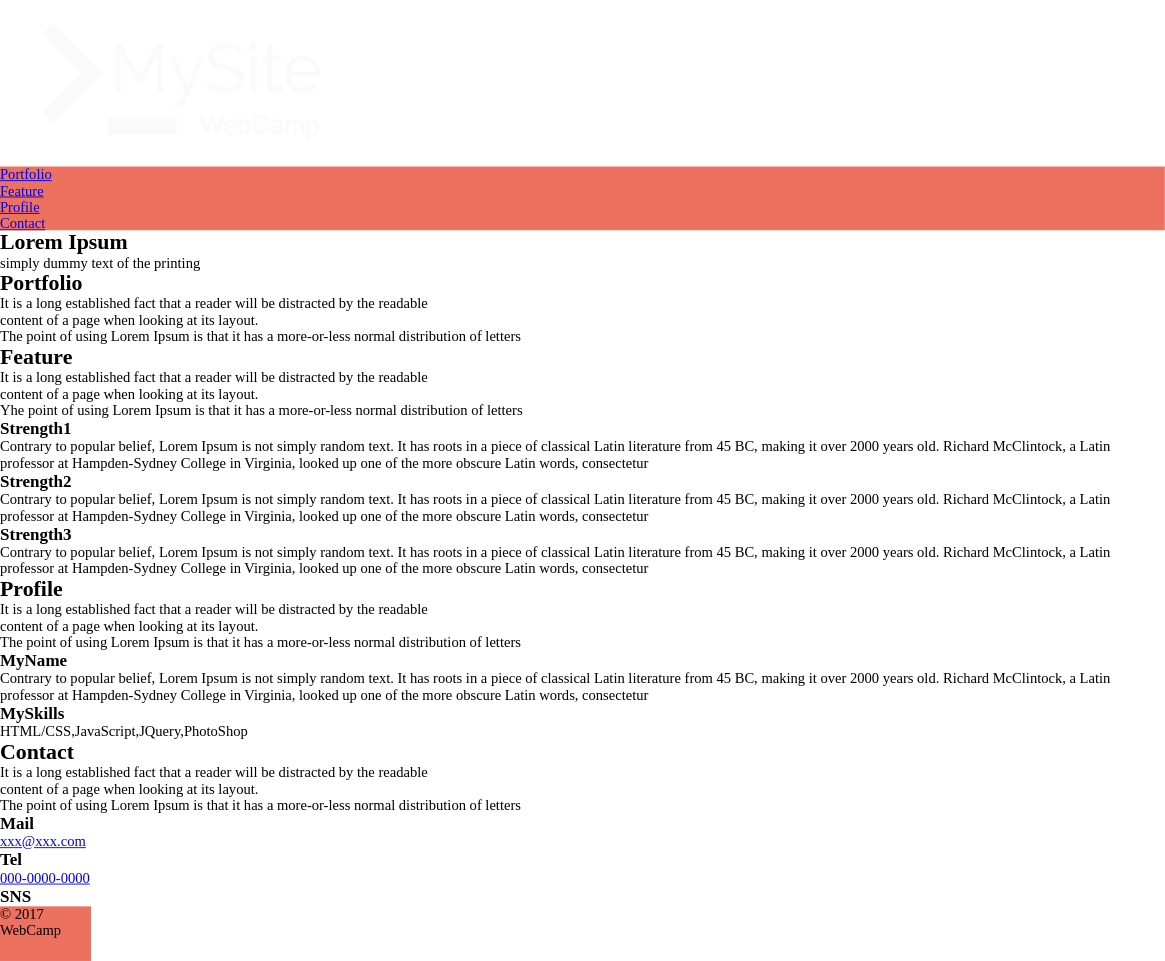
Repository: zero-0017/git-practice
Page: Web/index.html
The author's editor kept a record of every edit. The page is drawn from the files as they stood at one moment, then again after the next edit.
The browser window is 1280 px wide. The pictures show the whole page, at 91% of full size.
Some web libraries are served in a nearby version.

Above is the page before.

### Web/index.html
<!DOCTYPE html>
<html lang="ja">
<head>
  <meta charset="UTF-8">
  <meta http-equiv="X-UA-Compatible" content="IE=edge">
  <meta name="viewport" content="width=device-width, initial-scale=1.0">
  <link rel="stylesheet" href="style.css">
  <!--<script src="https://kit.fontawesome.com/18b1cc652d.js" crossorigin="anonymous"></script>-->
  <link rel="shortcut icon" href="img/favicon.ico">
  <title>MySite</title>
</head>

<body>
  <header>
    <div class="container header-group">
      <a href="#">
        <img class="logo" src="img/logo.png" alt="ロゴ">
      </a>
      <div class="menu-box">
        <span class="list-bar"></span>
        <span class="list-bar"></span>
        <span class="list-bar"></span>
      </div>
      <nav>
        <ul class="nav">
          <li class="nav-list"><a href="#portfolio">Portfolio</a></li>
          <li class="nav-list"><a href="#feature">Feature</a></li>
          <li class="nav-list"><a href="#profile">Profile</a></li>
          <li class="nav-list"><a href="#contact">Contact</a></li>
        </ul>
      </nav>
    </div>
  </header>

  <section id="mv">
    <div class="container">
      <h1 class="mv-title">Lorem Ipsum</h1>
      <p class="mv-text">simply dummy text of the printing</p>
    </div>
  </section>

  <section id="portfolio">
    <div class="conteiner">
      <h2 class="heading">Portfolio</h2>
      <p class="heading-text">
        It is a long established fact that a reader will be distracted by the readable<br>content of a page when looking at its layout.<br>The point of using Lorem Ipsum is that it has a more-or-less normal distribution of letters
      </p>
      <div class="production-group">
        <div class="production bg-1 sp-none"></div>
        <div class="production bg-2"></div>
        <div class="production bg-3 sp-none"></div>
        <div class="production bg-4"></div>
        <div class="production bg-5 sp-none"></div>
        <div class="production bg-6"></div>
      </div>
    </div>
  </section>

  <section id="feature">
    <div class="container">
      <h2 class="heading">Feature</h2>
      <p class="heading-text">
        It is a long established fact that a reader will be distracted by the readable<br>content of a page when looking at its layout.<br class="sp-none">Yhe point of using Lorem Ipsum is that it has a more-or-less normal distribution of letters
      </p>
      <div class="strength-group">
        <div class="strength">
          <i class="fas fa-code"></i>
          <h3 class="strength-title">Strength1</h3>
          <p class="strength-text">Contrary to popular belief, Lorem Ipsum is not simply random text. It has roots in a piece of classical Latin literature from 45 BC, making it over 2000 years old. Richard McClintock, a Latin professor at Hampden-Sydney College in Virginia, looked up one of the more obscure Latin words, consectetur</p>
        </div>
        <div class="strength">
          <i class="fas fa-desktop"></i>
          <h3 class="strength-title">Strength2</h3>
          <p class="strength-text">Contrary to popular belief, Lorem Ipsum is not simply random text. It has roots in a piece of classical Latin literature from 45 BC, making it over 2000 years old. Richard McClintock, a Latin professor at Hampden-Sydney College in Virginia, looked up one of the more obscure Latin words, consectetur</p>
        </div>
        <div class="strength">
          <i class="fas fa-cogs"></i>
          <h3 class="strength-title">Strength3</h3>
          <p class="strength-text">Contrary to popular belief, Lorem Ipsum is not simply random text. It has roots in a piece of classical Latin literature from 45 BC, making it over 2000 years old. Richard McClintock, a Latin professor at Hampden-Sydney College in Virginia, looked up one of the more obscure Latin words, consectetur</p>
        </div>
      </div>
    </div>
  </section>

  <section id="profile">
    <div class="container">
      <h2 class="heading">Profile</h2>
      <p class="heading-text">
        It is a long established fact that a reader will be distracted by the readable<br>content of a page when looking at its layout.<br>The point of using Lorem Ipsum is that it has a more-or-less normal distribution of letters
      </p>
      <div class="profile-group">
        <div class="left-content">
          <div class="my-face"></div>
        </div>
        <div class="right-content">
          <h3 class="description-title">MyName</h3>
          <p class="description-text">Contrary to popular belief, Lorem Ipsum is not simply random text. It has roots in a piece of classical Latin literature from 45 BC, making it over 2000 years old. Richard McClintock, a Latin professor at Hampden-Sydney College in Virginia, looked up one of the more obscure Latin words, consectetur</p>
          <h3 class="description-title">MySkills</h3>
          <p class="description-text">HTML/CSS,JavaScript,JQuery,PhotoShop</p>
        </div>
      </div>
    </div>
  </section>

  <section id="contact">
    <div class="container">
      <h2 class="heading">Contact</h2>
      <p class="heading-text">
        It is a long established fact that a reader will be distracted by the readable<br>content of a page when looking at its layout.<br class="sp-none">The point of using Lorem Ipsum is that it has a more-or-less normal distribution of letters
      </p>
      <div class="contact-group">
        <div class="left-content">
          <div class="left-contact-content">
            <h3 class="description-title">Mail</h3>
            <a href="mailto:xxx@xxx.com" class="description-text link-text">xxx@xxx.com</a>
            <h3 class="description-title">Tel</h3>
            <a href="tel:00000000000" class="description-text link-text">000-0000-0000</a>
          </div>

        </div>
        <div class="right-content">
          <div class="right-contact-content">
            <h3 class="description-title">SNS</h3>
            <i class="fab fa-facebook-f"></i>
            <i class="fab fa-twitter"></i>
            <i class="fab fa-instagram"></i>
          </div>
        </div>
      </div>
    </div>
  </section>

  <footer>
   <p class="footer-text">©︎ 2017 WebCamp</p>
  </footer>
</body>
</html>

### Web/style.css
*{
	margin: 0;
	padding: 0;
	box-sizing: border-box;
}

nav{
  height: 70px;
  width: 100%;
  background-color: #EC715F;

}

.main-visual{
  height: 650px;
  width: 100%;
  background-image: url(img/mv.png);
}

.portfolio{
  background-color: #ECEFF1;
  height: 820px;
  width: 100%;
}

.feature{
  height: 600px;
  width: 100%;
}

.profile{
  height: 700px;
  width: 100%;
  background-color: #ECEFF1;
}

.contact{
  height: 400px;
  width: 100%;
}

footer{
  height: 60px;
  width: 100px;
  background-color: #EC715F
}

After the next edit:
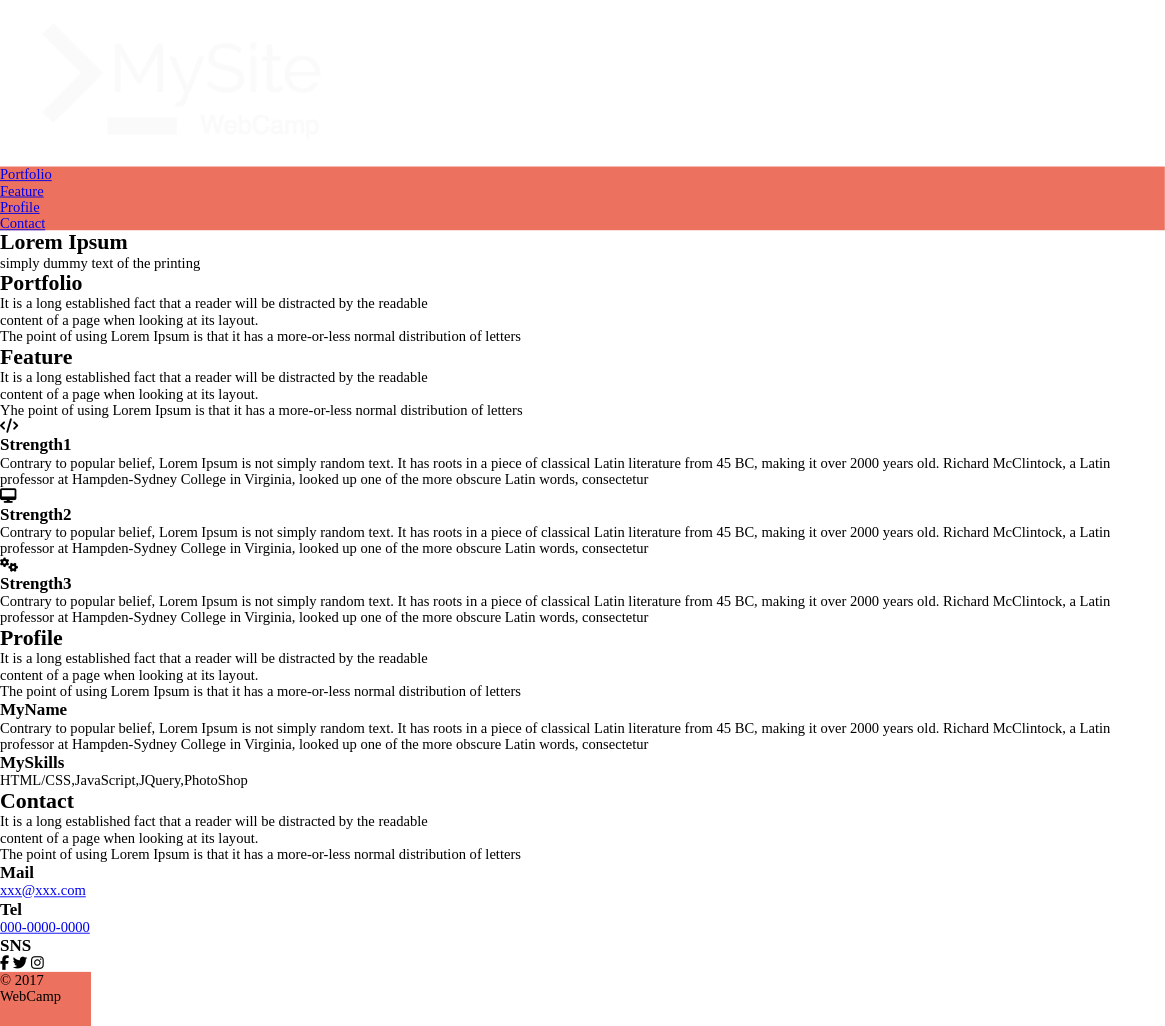
The edit:
--- a/Web/index.html
+++ b/Web/index.html
@@ -5,7 +5,7 @@
   <meta http-equiv="X-UA-Compatible" content="IE=edge">
   <meta name="viewport" content="width=device-width, initial-scale=1.0">
   <link rel="stylesheet" href="style.css">
-  <!--<script src="https://kit.fontawesome.com/18b1cc652d.js" crossorigin="anonymous"></script>-->
+  <script src="https://kit.fontawesome.com/2fc4627359.js" crossorigin="anonymous"></script>
   <link rel="shortcut icon" href="img/favicon.ico">
   <title>MySite</title>
 </head>
